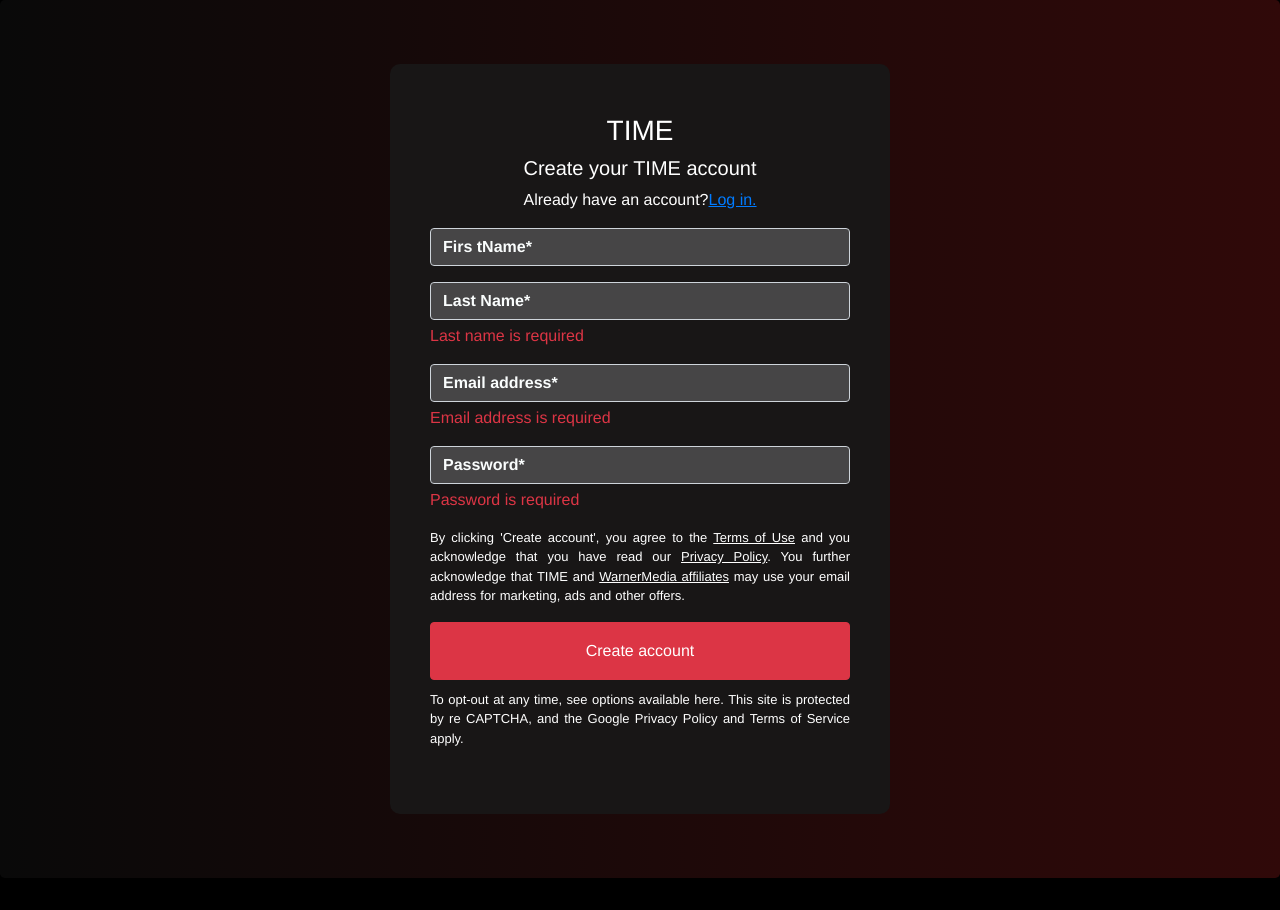
Repository: Vu14082002/WebTinTuc
Page: html/SignUp.html
An editor plug-in stored every save of this project. The page is shown before and after the next save, followed by the edit.
The browser window is 1280 px wide. The pictures show the whole page.
Some web libraries are served in a nearby version.

Above is the page before, as saved 2022-04-12 20:50:54.

After the next save:
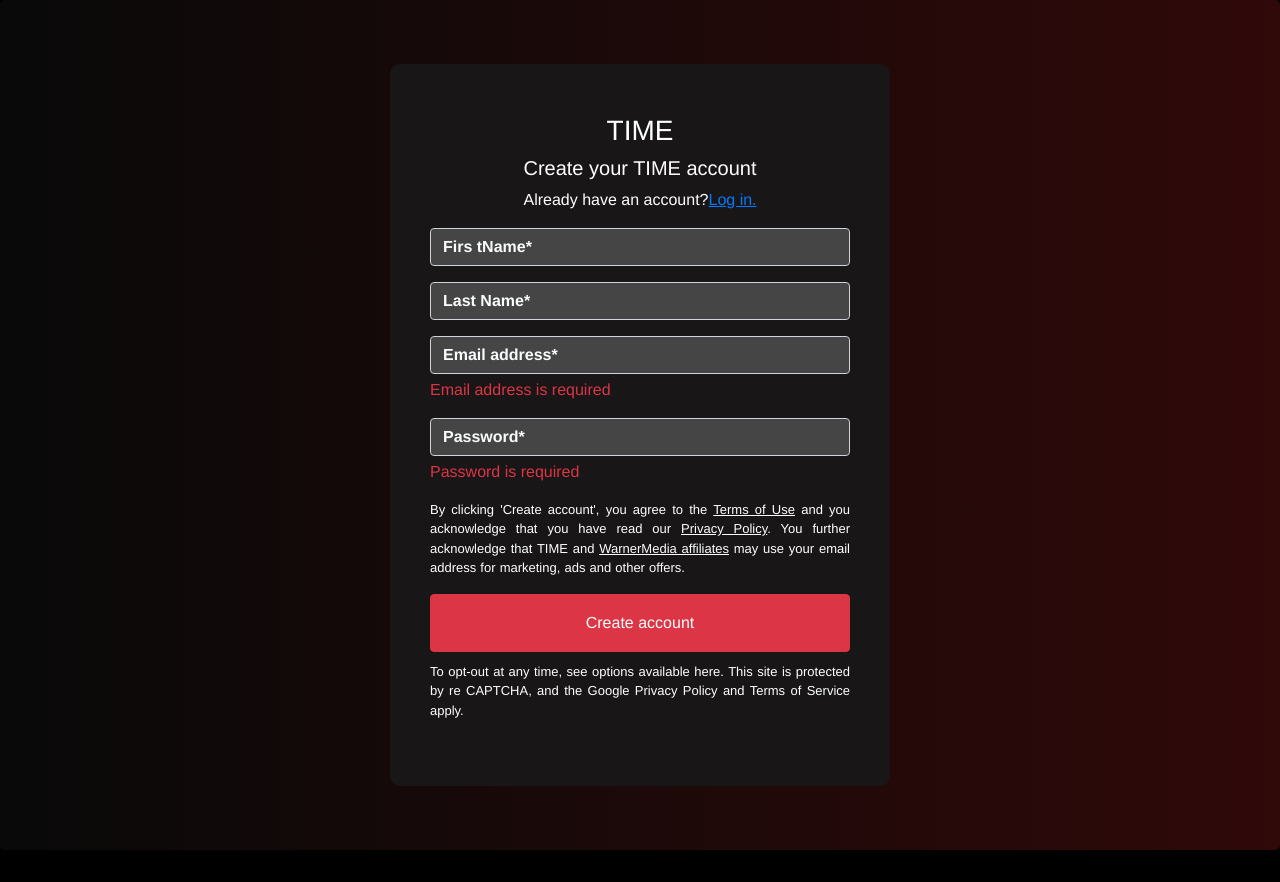
Saved 19 s later.
--- a/html/SignUp.html
+++ b/html/SignUp.html
@@ -34,7 +34,7 @@
                 </p>
                 <input type="text" id="LasttName" placeholder="Last Name* " class="form-control  text-light " onchange="checkLastNamName()"  required >
                 <p class="text-left mt-1">
-                    <span id="checkLastName"  class="checkLogin text-left text-right mb-2 text-danger" >Last name is required</span>
+                    <span id="checkLastName"  class="checkLogin text-left text-right mb-2 text-danger" ></span>
                 </p>
                 <input type="text" id="email" placeholder="Email address* " onchange="checkPass()" class="form-control  text-light "  required >
                 <p class="text-left mt-1">
